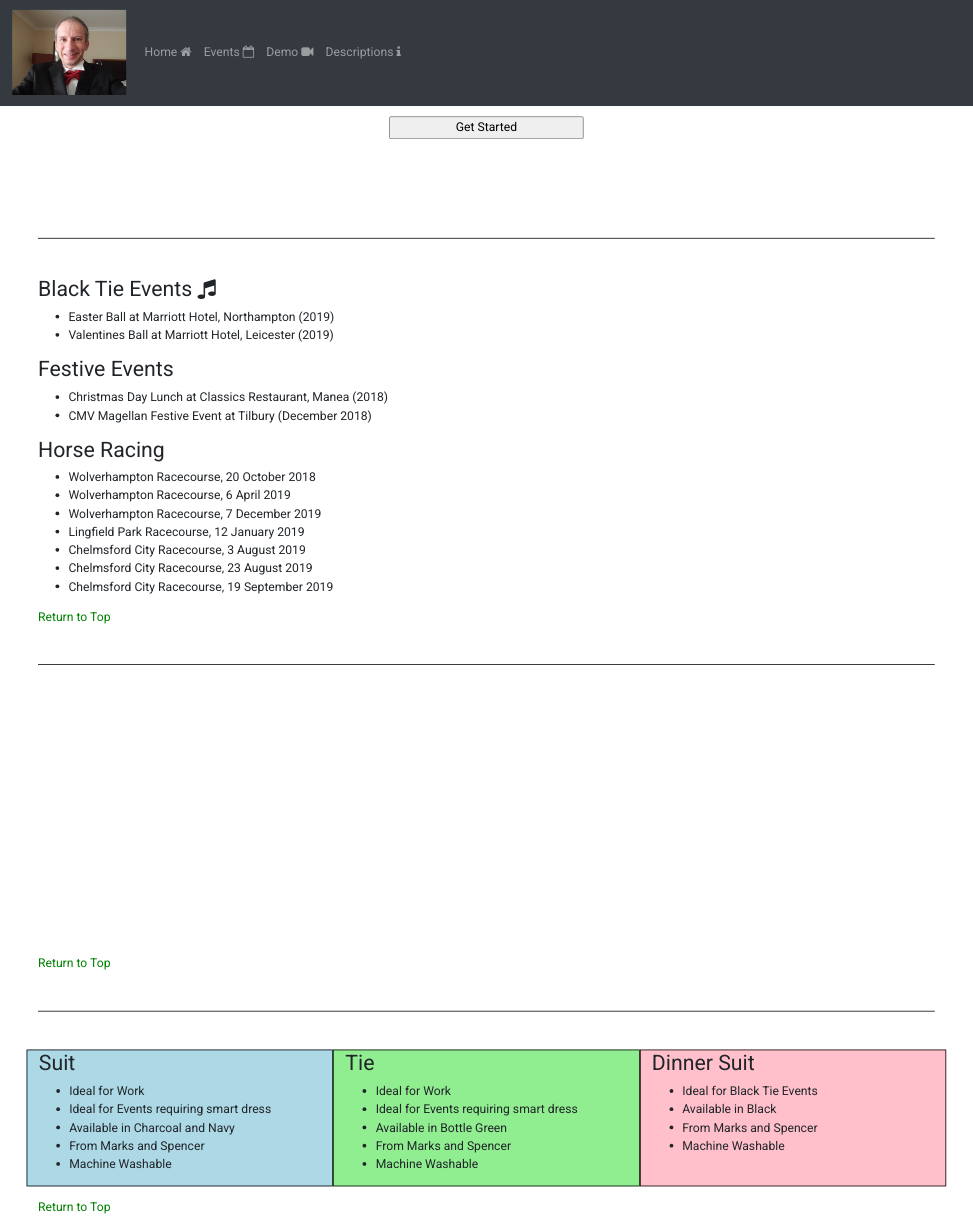
Repository: derektypist/product-landing-page
Page: index.html
The author's editor kept a record of every edit. The page is drawn from the files as they stood at one moment, then again after the next edit.
The browser window is 1280 px wide. The pictures show the whole page, at 76% of full size.
Pictures or frames that could not be fetched are drawn as grey boxes.

Above is the page before.

After the next edit:
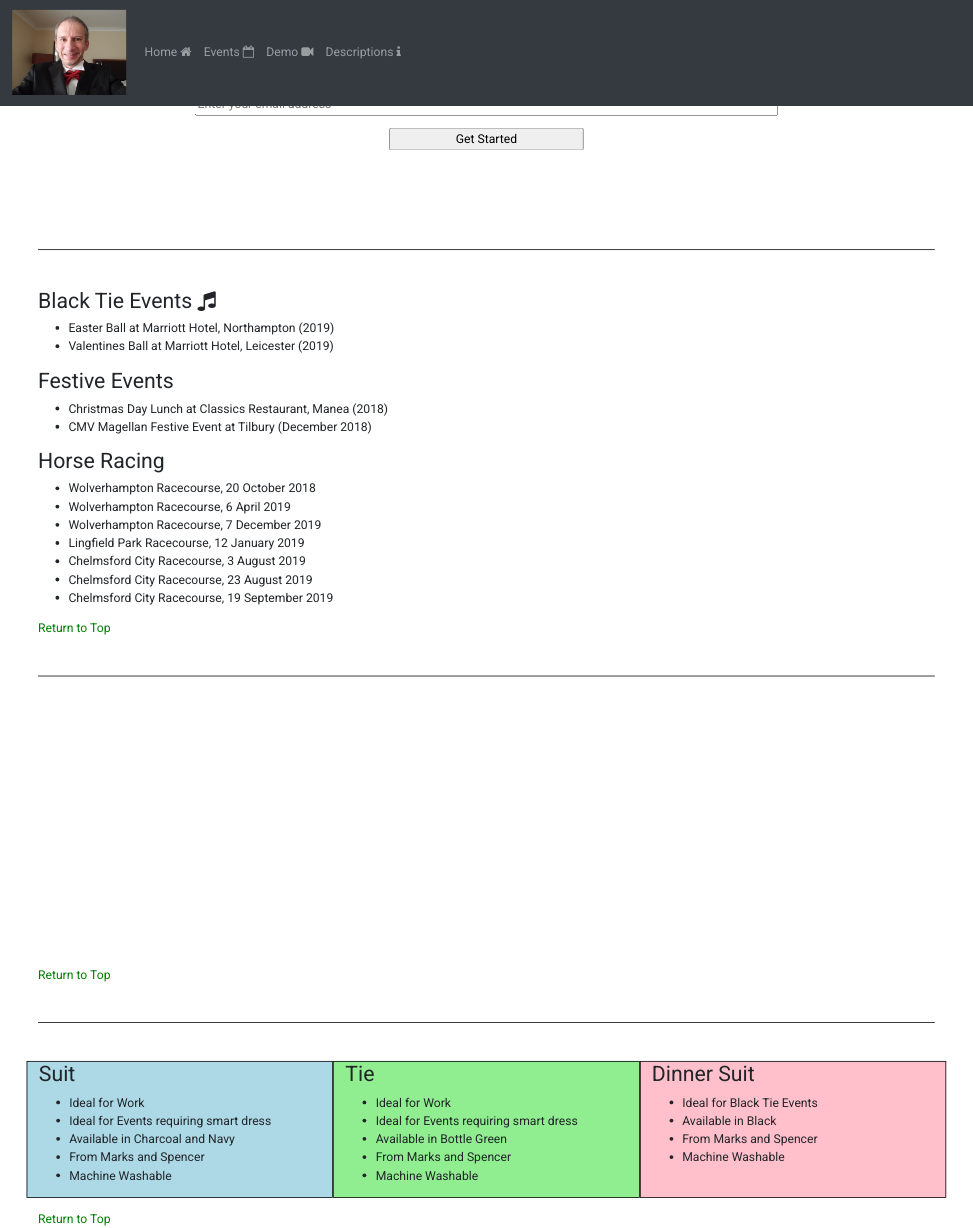
The edit:
--- a/index.html
+++ b/index.html
@@ -15,7 +15,7 @@
 
         #mainbody {
             font-family: "Roboto", Arial, Verdana, sans-serif;
-            padding-top: 135px;
+            padding-top: 150px;
         }
 
         /* Header and Navigation */
